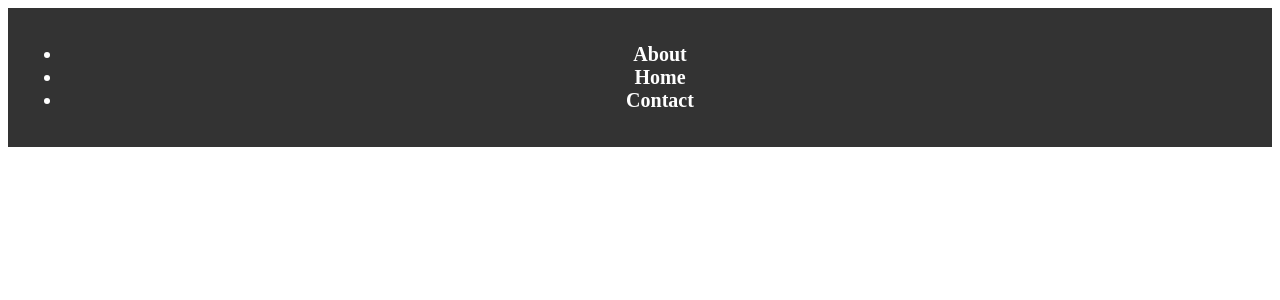
Repository: EMERIC237/codeFi-js
Page: week1/exercise5/index.html
The author's editor kept a copy of each file at every save. The page is drawn from the files as they stood at one save, then again after a run of saves.
The browser window is 1280 px wide. The pictures show the whole page.

Above is the page before, as saved 2023-08-21 19:45:10.

After the next 3 saves:
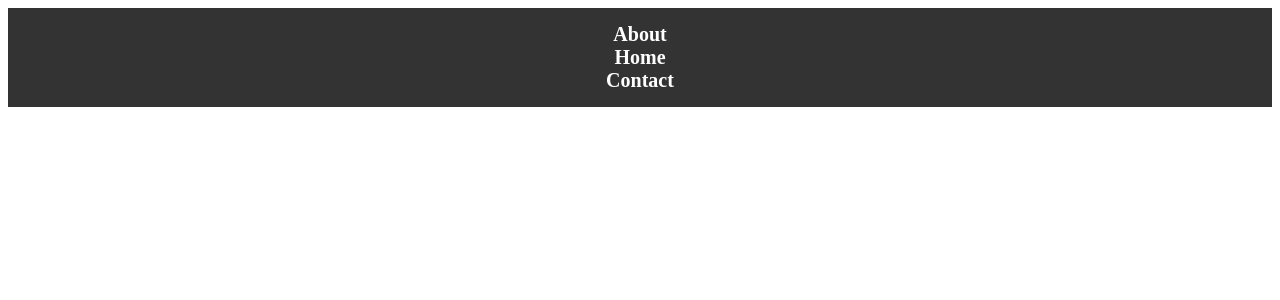
The 3 saves are shown as one change because they came seconds apart.
The last was saved 9 s later.
--- a/week1/exercise5/style.css
+++ b/week1/exercise5/style.css
@@ -8,4 +8,11 @@
     margin-bottom: 20px;
 }
 
-nav ul {}
+nav ul {
+    list-style-type: none;
+    margin: 0;
+    padding: 0;
+    overflow: hidden;
+    background-color: #333;
+
+}

After the 5 saves that followed:
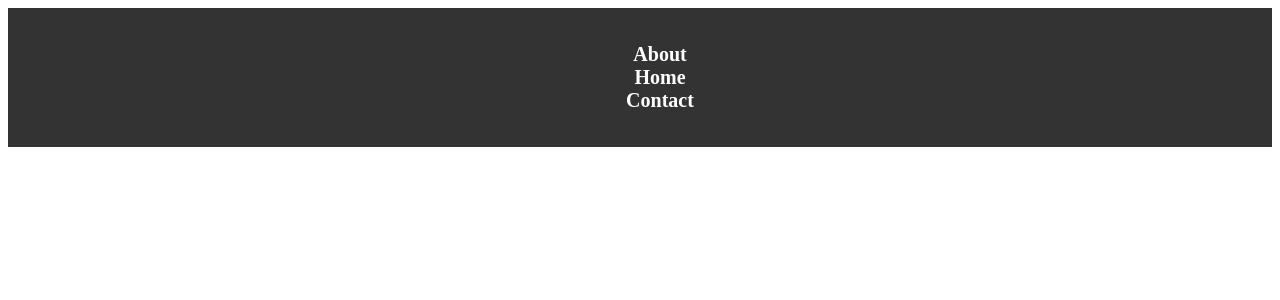
The 5 saves are shown as one change because 1 left the picture as it was and some came seconds apart.
The last was saved 22 s later.
--- a/week1/exercise5/style.css
+++ b/week1/exercise5/style.css
@@ -10,9 +10,5 @@
 
 nav ul {
     list-style-type: none;
-    margin: 0;
-    padding: 0;
-    overflow: hidden;
-    background-color: #333;
 
 }
